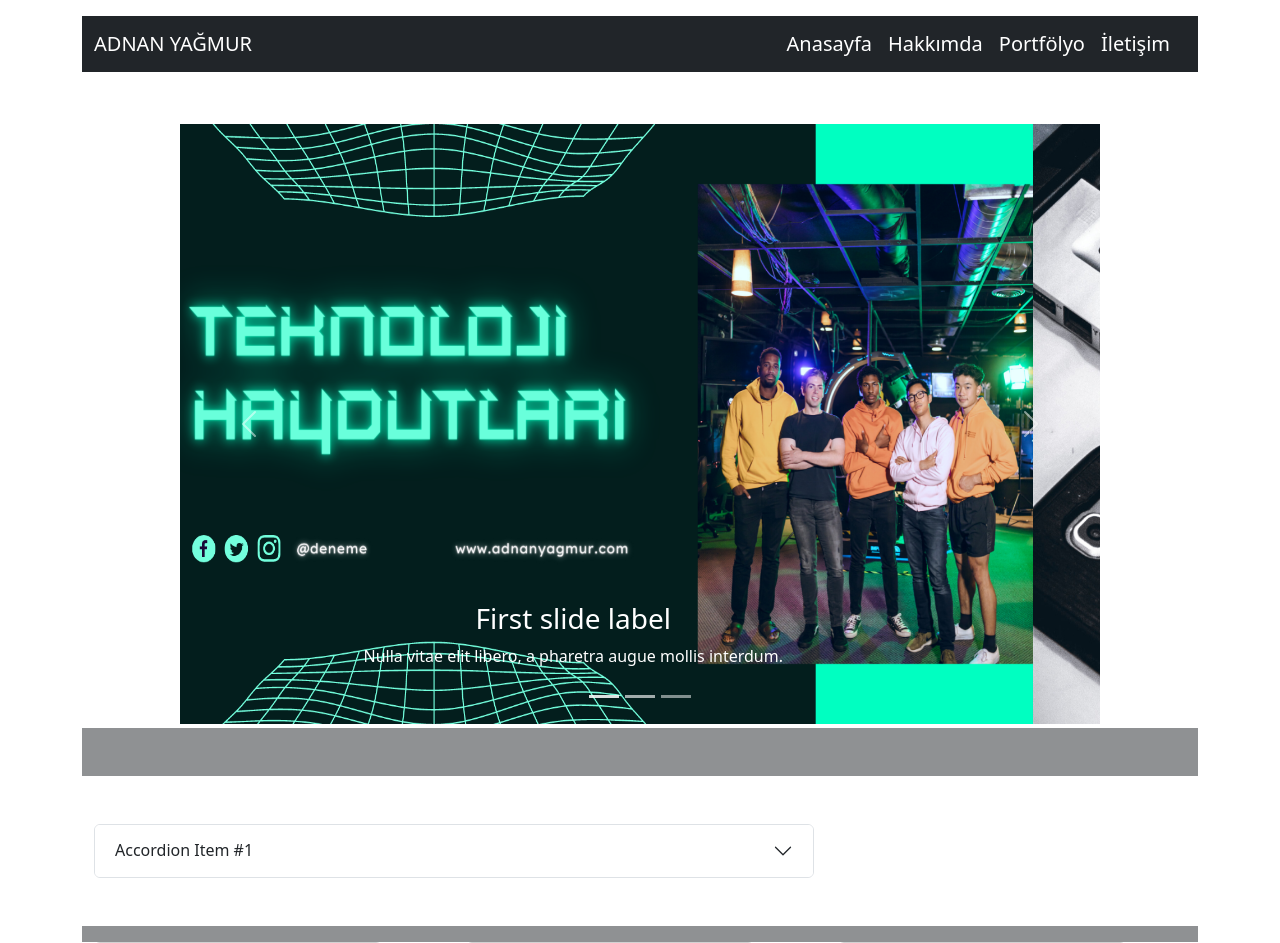
Repository: adnanyagmur/react-bootstrap-example
Page: /
An editor plug-in stored every save of this project. The page is shown before and after the next save, followed by the edit.
The browser window is 1280 px wide. The pictures show the part of the page from y = 0 to 943 px (the page is 1970 px tall before and 1986 px after).
Pictures or frames that could not be fetched are drawn as grey boxes. The project was rebuilt for these pictures with package versions that can differ from the ones it lists, and the page was loaded fresh each time.

Above is the page before, as saved 2022-06-29 12:11:09.

After the next save:
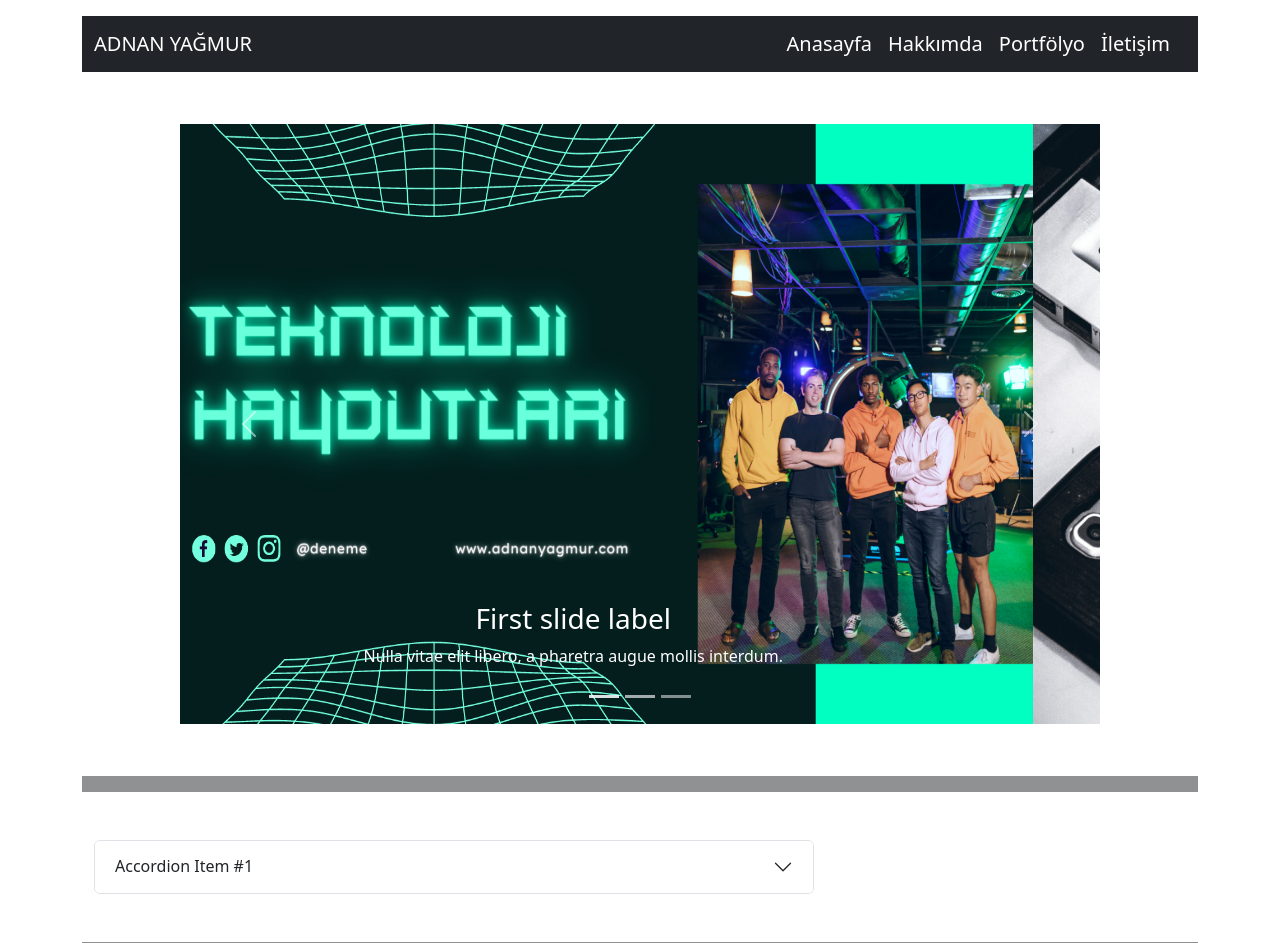
Saved 13 s later.
--- a/src/appComponents/AppContainer.jsx
+++ b/src/appComponents/AppContainer.jsx
@@ -4,8 +4,8 @@ const AppContainer = () => {
 
     return (
        <Container>
-        <Row>
-        <Placeholder className="pt-5" xs={12} bg="dark" />
+        <Row className="pt-5">
+        <Placeholder  xs={12} bg="dark" />
         </Row>
         <Row>
         <Col sm={8}>
